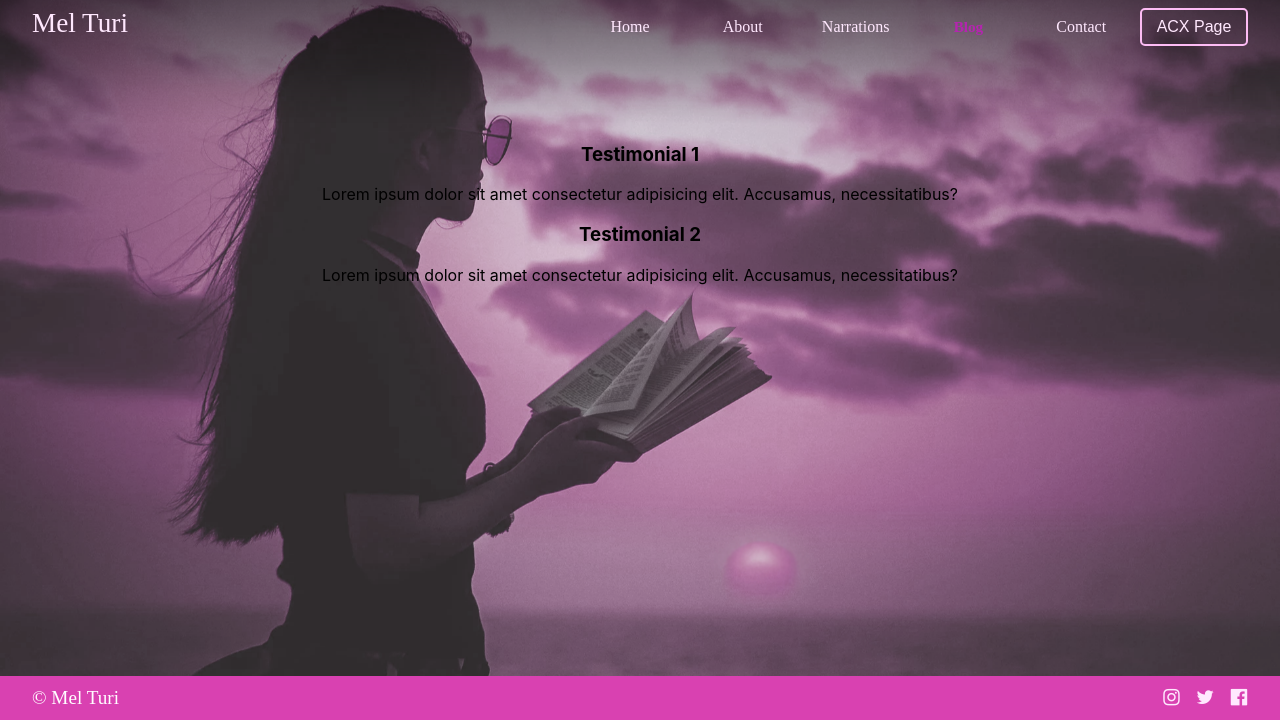
Repository: mel-turi/mel-turi-website
Page: /blog
These files come from the project's save history. The page is drawn as it stood at one moment and after the next save; the edit follows.
The browser window is 1280 px wide. The pictures show the whole page.
Some web fonts or font styles are not loaded; a fallback is used. The project was rebuilt for these pictures with package versions that can differ from the ones it lists, and the page was loaded fresh each time. Also part of the build but not shown: src/Main.js, src/About.js, src/Narrations.js, src/Contact.js.

Above is the page before, as saved 2019-08-24 15:40:42.

After the next save:
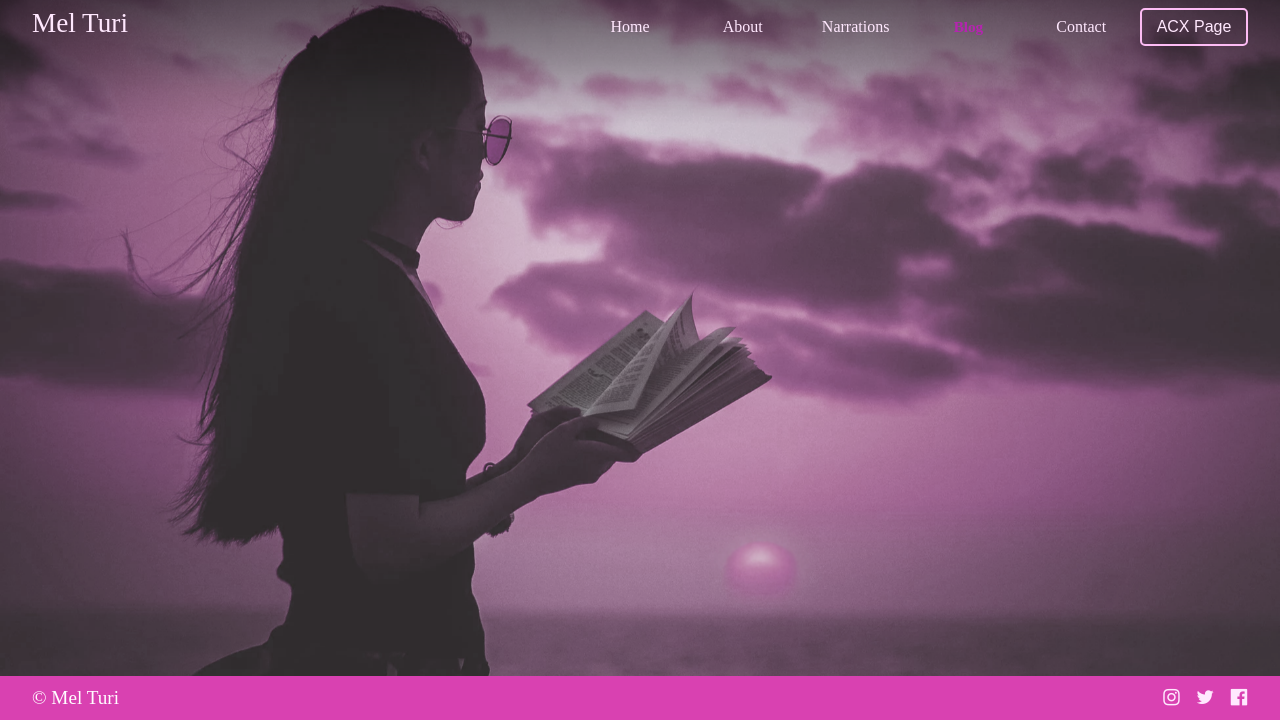
Saved 59 s later.
--- a/src/Content.js
+++ b/src/Content.js
@@ -1,32 +1,7 @@
 import React from 'react';
 
 const Content = props => {
-  return (
-    <main>
-      {/* <div className={props.containerpage}>
-        <div className={props.item1.class}>
-          <h1>{props.item1.title}</h1>
-          <p>{props.item1.content}</p>
-        </div> */}
-      <div className='item-2-container'>
-        <div className='testimonial-1'>
-          <h3 className='tt-1'>Testimonial 1</h3>
-          <p>
-            Lorem ipsum dolor sit amet consectetur adipisicing elit. Accusamus,
-            necessitatibus?
-          </p>
-        </div>
-        <div className='testimonial-2'>
-          <h3 className='tt-2'>Testimonial 2</h3>
-          <p>
-            Lorem ipsum dolor sit amet consectetur adipisicing elit. Accusamus,
-            necessitatibus?
-          </p>
-        </div>
-      </div>
-      {/* </div> */}
-    </main>
-  );
+  return <main></main>;
 };
 
 export default Content;
